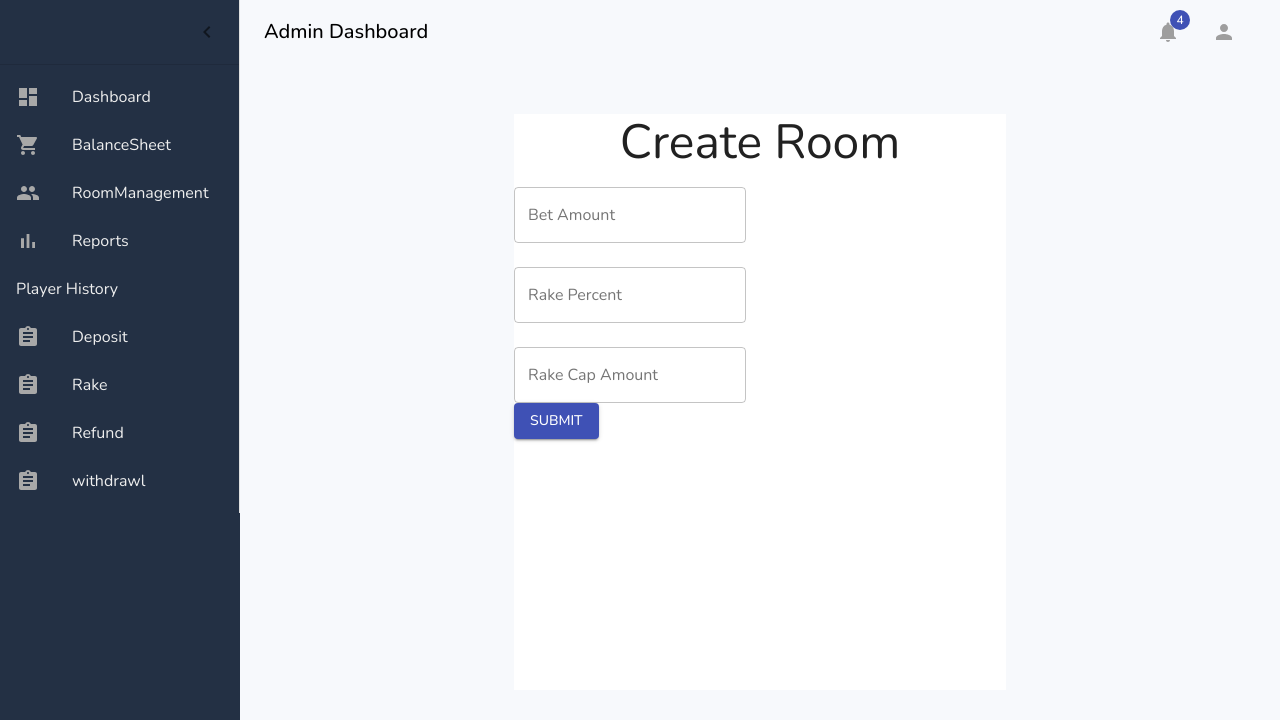
Repository: imayankbisht/ludofrontend
Page: /create
An editor plug-in stored every save of this project. The page is shown before and after the next save, followed by the edit.
The browser window is 1280 px wide. The pictures show the whole page.
The project was rebuilt for these pictures with package versions that can differ from the ones it lists, and the page was loaded fresh each time. Also part of the build but not shown: src/Components/Title.js, src/Components/Cards/Deposits.js, src/Components/Cards/Cashout.js, src/Components/Cards/Netbalance.js, src/Components/Cards/Rake.js, src/Components/Cards/Refund.js, src/Components/UserControl.js, src/Components/UserTable.js and 5 more.

Above is the page before, as saved 2021-01-20 13:06:28.

### src/App.js
import React from 'react';
import './App.css';
import {
  BrowserRouter as Router,
  Switch,
  Route,
 Redirect
} from "react-router-dom";
// import SignInOutContainer from './containers';
import Dashboard from './Components/Dashboard';
import Login from './Components/login';
// import RoomManagement from './Container/RoomManagement';
import UserManagement from './Components/UserManagement';
import UserForm from './Components/UserForm';
import EditForm from './Components/EditForm';
import BalanceSheet from './Components/balanceSheet';
import Routes from './routes';
import Main from './Container/Main';
 function App(props) {
  return (
    <div className="App">
  <Router >

   <Main/>
  </Router>


      </div>
  );
}


export default App;

### src/App.css
.App {
  /* text-align: center; */

}

.App-logo {
  height: 40vmin;
  pointer-events: none;
}

@media (prefers-reduced-motion: no-preference) {
  .App-logo {
    animation: App-logo-spin infinite 20s linear;
  }
}

.App-header {
  background-color: #282c34;
  min-height: 100vh;
  display: flex;
  flex-direction: column;
  align-items: center;
  justify-content: center;
  font-size: calc(10px + 2vmin);
  color: white;
}

.App-link {
  color: #61dafb;
}

@keyframes App-logo-spin {
  from {
    transform: rotate(0deg);
  }
  to {
    transform: rotate(360deg);
  }
}

### src/Components/Dashboard.js
import React from 'react';
import clsx from 'clsx';
import { makeStyles } from '@material-ui/core/styles';
import CssBaseline from '@material-ui/core/CssBaseline';
import Drawer from '@material-ui/core/Drawer';
import Box from '@material-ui/core/Box';
import AppBar from '@material-ui/core/AppBar';
import Toolbar from '@material-ui/core/Toolbar';
import List from '@material-ui/core/List';
import Typography from '@material-ui/core/Typography';
import Divider from '@material-ui/core/Divider';
import IconButton from '@material-ui/core/IconButton';
import Badge from '@material-ui/core/Badge';
import Container from '@material-ui/core/Container';
import Grid from '@material-ui/core/Grid';
import Paper from '@material-ui/core/Paper';
// import Link from '@material-ui/core/Link';
import MenuIcon from '@material-ui/icons/Menu';
import ChevronLeftIcon from '@material-ui/icons/ChevronLeft';
import NotificationsIcon from '@material-ui/icons/Notifications';
import Deposits from './Cards/Deposits';
import MenuItem from "@material-ui/core/MenuItem";
import MenuList from "@material-ui/core/MenuList";
import Hidden from "@material-ui/core/Hidden";
import Grow from "@material-ui/core/Grow";
import Poppers from "@material-ui/core/Popper";
import ClickAwayListener from "@material-ui/core/ClickAwayListener";
import Person from "@material-ui/icons/Person";
import classNames from "classnames";
import Button from "@material-ui/core/Button";
import {Link, Redirect} from 'react-router-dom';
import "typeface-nunito";
import  Cashout from './Cards/Cashout';
import Netbalance from './Cards/Netbalance';
import Rake from './Cards/Rake';
import Refund from './Cards/Refund';
import UserManagement from './UserManagement';
import routes from '../routes'
import { Switch, Route} from "react-router-dom";
import ListItem from '@material-ui/core/ListItem';
import ListItemIcon from '@material-ui/core/ListItemIcon';
import BalanceSheet from './balanceSheet';
import Sidebar from './Sidebar';
import Routes from '../routes';
import { ThemeProvider, createMuiTheme } from '@material-ui/core/styles';
const theme = createMuiTheme({

  typography: {
      fontFamily: [
        'Nunito',
        'serif',
      ].join(','),
  },
});

const drawerWidth = 240;

const useStyles = makeStyles((theme) => ({
  root: {
    display: 'flex',
  },
  toolbar: {
    paddingRight: 24, // keep right padding when drawer closed
  },
  toolbarIcon: {
    display: 'flex',
    alignItems: 'center',
    justifyContent: 'flex-end',
    padding: '0 8px',
    ...theme.mixins.toolbar,
  },
  appBar: {
    zIndex: theme.zIndex.drawer + 1,
    transition: theme.transitions.create(['width', 'margin'], {
      easing: theme.transitions.easing.sharp,
      duration: theme.transitions.duration.leavingScreen,
    }),
  },
  appBarShift: {
    marginLeft: drawerWidth,
    width: `calc(100% - ${drawerWidth}px)`,
    transition: theme.transitions.create(['width', 'margin'], {
      easing: theme.transitions.easing.sharp,
      duration: theme.transitions.duration.enteringScreen,
    }),
  },
  menuButton: {
    marginRight: 36,
  },
  menuButtonHidden: {
    display: 'none',
  },
  title: {
    flexGrow: 1,
  },
  drawerPaper: {
    position: 'relative',
    whiteSpace: 'nowrap',
    width: drawerWidth,
    transition: theme.transitions.create('width', {
      easing: theme.transitions.easing.sharp,
      duration: theme.transitions.duration.enteringScreen,
    }),
  },
  drawerPaperClose: {
    overflowX: 'hidden',
    transition: theme.transitions.create('width', {
      easing: theme.transitions.easing.sharp,
      duration: theme.transitions.duration.leavingScreen,
    }),
    width: theme.spacing(7),
    [theme.breakpoints.up('sm')]: {
      width: theme.spacing(9),
    },
  },
  appBarSpacer: theme.mixins.toolbar,
  content: {
    flexGrow: 1,
    height: '100vh',
    overflow: 'auto',
  },
  container: {
    paddingTop: theme.spacing(4),
    paddingBottom: theme.spacing(4),
  },
  paper: {
    padding: theme.spacing(2),
    display: 'flex',
    overflow: 'auto',
    flexDirection: 'column',
  },
  fixedHeight: {
    height: 240,
  },
}));

 function Dashboard(props) {
  const classes = useStyles();
  const [open, setOpen] = React.useState(true);
  const [openProfile, setOpenProfile] = React.useState(null);
  const handleClickProfile = event => {
    if (openProfile && openProfile.contains(event.target)) {
      setOpenProfile(null);
    } else {
      setOpenProfile(event.currentTarget);
    }
  };
  const handleCloseProfile = () => {
    setOpenProfile(null);
  };
  const handleDrawerOpen = () => {
    setOpen(true);
  };
  const handleDrawerClose = () => {
    setOpen(false);
  };
  const fixedHeightPaper = clsx(classes.paper, classes.fixedHeight);

  return (
    <ThemeProvider theme={theme}>
    <div className={classes.root}>
      <CssBaseline />
      <AppBar position="absolute" style={{ background: '#f7f9fc',color:'black',boxShadow: "none" }} className={clsx(classes.appBar, open && classes.appBarShift)}>
        <Toolbar className={classes.toolbar}>
          <IconButton
            edge="start"
            color="inherit"
            aria-label="open drawer"
            onClick={handleDrawerOpen}
            className={clsx(classes.menuButton, open && classes.menuButtonHidden)}
          >
            <MenuIcon />
          </IconButton>

          <Typography component="h1" variant="h6"  color="inherit" noWrap className={classes.title}>
          Admin Dashboard
          </Typography>

          <IconButton style={{ color: '#9e9e9e'}} color="inherit">
            <Badge badgeContent={4}  color="primary">
              <NotificationsIcon  />
            </Badge>
          </IconButton>
          <Button
          color={window.innerWidth > 959 ? "transparent" : "white"}
          justIcon={window.innerWidth > 959}
          simple={!(window.innerWidth > 959)}
          aria-owns={openProfile ? "profile-menu-list-grow" : null}
          aria-haspopup="true"
          onClick={handleClickProfile}
          className={classes.buttonLink}
        >
          <Person style={{ color: '#9e9e9e'}} className={classes.icons} />
          <Hidden mdUp implementation="css">
            <p className={classes.linkText}>Profile</p>
          </Hidden>
        </Button>
        <Poppers
          open={Boolean(openProfile)}
          anchorEl={openProfile}
          transition
          disablePortal
          className={
            classNames({ [classes.popperClose]: !openProfile }) +
            " " +
            classes.popperNav
          }
        >
          {({ TransitionProps, placement }) => (
            <Grow
              {...TransitionProps}
              id="profile-menu-list-grow"
              style={{
                transformOrigin:
                  placement === "bottom" ? "center top" : "center bottom"
              }}
            >
              <Paper>
                <ClickAwayListener onClickAway={handleCloseProfile}>
                  <MenuList role="menu">
                    <MenuItem
                      onClick={handleCloseProfile}
                      className={classes.dropdownItem}
                    >
                      Profile
                    </MenuItem>
                    <MenuItem
                      onClick={handleCloseProfile}
                      className={classes.dropdownItem}
                    >
                      Settings
                    </MenuItem>
                    <Divider light />
                    <Link style={{color:'black', textDecoration:'none'}} to="login">
                    <MenuItem
                      onClick={handleCloseProfile}
                      className={classes.dropdownItem}
                    >
                      Logout
                    </MenuItem>
                    </Link>
                  </MenuList>
                </ClickAwayListener>
              </Paper>
            </Grow>
          )}
        </Poppers>
        </Toolbar>
      </AppBar>
     <Box bgcolor="#233044">
     <Drawer
        variant="permanent"
        classes={{
          paper: clsx(classes.drawerPaper, !open && classes.drawerPaperClose),
        }}
        open={open}
      >
        <Box bgcolor="#233044">
        <div className={classes.toolbarIcon}>
          <IconButton onClick={handleDrawerClose}>
            <ChevronLeftIcon />
          </IconButton>
        </div>
        <Divider />
        <List><Sidebar /></List>
        </Box>
      </Drawer>
     </Box>
      <main style={{ background: '#f7f9fc'}} className={classes.content}>
        <div className={classes.appBarSpacer} />
        <Container maxWidth="lg" className={classes.container}>
          <Grid container spacing={3}>


              <Routes/>

          </Grid>


        </Container>
      </main>
    </div>
    </ThemeProvider>
  );
}
export default Dashboard;

### src/Components/UserForm.js
import React ,{useState , useEffect} from 'react';
import {apiCall} from '../services/apiCall';
import {Container, Typography ,Grid ,TextField , makeStyles ,Button} from '@material-ui/core';
import "typeface-nunito";
import { ThemeProvider, createMuiTheme } from '@material-ui/core/styles';
const theme = createMuiTheme({

  typography: {
      fontFamily: [
        'Nunito',
        'serif',
      ].join(','),
  },

});

const useStyles = makeStyles((theme)=>({
  paper: {
    marginTop: theme.spacing(8),
    display: 'flex',
    flexDirection: 'column',
    alignItems: 'center',
  },
  avatar: {
    margin: theme.spacing(1),
    backgroundColor: theme.palette.secondary.main,
  },
  form: {
    width: '100%', // Fix IE 11 issue.
    marginTop: theme.spacing(1),
  },
  submit: {
    margin: theme.spacing(3, 0, 2),
  },
  body: {
    backgroundColor: "#F7F9FC"
  },


}))


export default function UserForm(props){
    const {heading} = props;
    const [betAmount , setBetamount]=useState("");
    const [rakePercent , setRakepercent]=useState("");
    const [rakeCapAmount , setRakeCapAmount]=useState("");
    const classes = useStyles();

    const handleSubmit = (e) =>{
       e.preventDefault();
       const data ={
         bet:betAmount,
         rakePercent:rakePercent,
         rakeCap:rakeCapAmount
       }
       apiCall('post','https://ylrwt.sse.codesandbox.io/room/createroom',data);
       setRakeCapAmount("");
       setBetamount("");
       setRakepercent("");
    }
    return(
      <ThemeProvider theme={theme}>
            <Container  maxWidth="sm" className={classes.root}>
            <Typography component="div" style={{ backgroundColor: '#FFFFFF', height: '80vh' ,margin:'30px' }}>
            <Typography align="center" variant="h3" component="h2" gutterBottom>
                {heading}
            </Typography>
            <form onSubmit={handleSubmit} className={classes.form} >
                <Grid container spacing={3}>
                   <Grid item sm={4} md={12}>
                     <TextField

                        label="Bet Amount"
                        name="betAmount"
                        variant="outlined"
                        value={betAmount}
                        onChange={(e)=>{setBetamount(e.target.value)}}
                      />
                        </Grid>
                        <Grid item sm={4} md={12}>
                      <TextField
                        label="Rake Percent"
                        name="rakePercent"
                        variant="outlined"
                        value={rakePercent}
                        onChange={(e)=>{setRakepercent(e.target.value)}}
                      />
                        </Grid>
                        <Grid item sm={4} md={12}>
                      <TextField
                        label="Rake Cap Amount"
                        name="rakeCapAmount"
                        variant="outlined"
                        value={rakeCapAmount}
                        onChange={(e)=>{setRakeCapAmount(e.target.value)}}
                      />
                   </Grid>
                </Grid>
                <Button type="submit" variant="contained" color="primary">
                   Submit
                </Button>
            </form>
            </Typography>
            </Container>
            </ThemeProvider>
    )
}

### src/routes.js
import React from 'react';
import {
  BrowserRouter as Router,
  Switch,
  Route,
  Redirect
} from "react-router-dom";
// import SignInOutContainer from './containers';
import Dashboard from './Components/Dashboard';
import Login from './Components/login';
// import RoomManagement from './Container/RoomManagement';
import UserManagement from './Components/UserManagement';
import UserForm from './Components/UserForm';
import EditForm from './Components/EditForm';
import BalanceSheet from './Components/balanceSheet';
import Main from './Container/Main';
function Routes() {
  return (

    <Router >


      <Route>
      {/* <Route path="/login" render={props => <Login {...props} />} /> */}

        <Route path="/BalanceSheet" render={props => <BalanceSheet {...props} />} />

        <Route path="/roomManagement" render={props => <UserManagement {...props} />} />
        <Route path="/create" render={props => (
          <UserForm heading="Create Room" {...props} />
        )} />
        <Route exact path="/api/edit/:id" render={props => {
          return (
            <EditForm {...props} />
          )
        }} />


      </Route>


    </Router>

  );
}


export default Routes;

### src/Container/Main.js
import UserManagement from '../Components/UserManagement';
import {Switch ,Route,Redirect} from 'react-router-dom';
import UserForm from '../Components/UserForm';
import EditForm from '../Components/EditForm';
import React from 'react';
import Dashboard from '../Components/Dashboard';
import Sidebar from '../Components/Sidebar';
import Login from '../Components/login';
import Routes from '../routes';
export default function Main(props){
    return(
        <div>
            {/* <Switch>
                <Route exact path="/userman" render={props =><UserManagement {...props} />} />
                <Route exact path="/create" render={props =>(
                    <UserForm heading="Create Room" />
                )}/>
                <Route exact path="/api/edit/:id" render={props =>{
                    return(
                        <EditForm {...props}/>
                    )
                }}/>
            </Switch> */}
           {/* <Switch>

            <Route path="/login" component={Login} />
         <Route path="/Dashboard" component={Dashboard} />

            <Redirect from="/" to="/login" />
           </Switch> */}

          <Dashboard/>

        </div>
    )
}

### src/Components/Sidebar.js
import React,{useState} from 'react';
import ListItem from '@material-ui/core/ListItem';
import {SidebarItems} from './SidebarItems';
import {Link} from 'react-router-dom';
import { ListItemText } from '@material-ui/core';
import ListItemIcon from '@material-ui/core/ListItemIcon';

export default function Sidebar(defaultActive) {
    const [activeIndex, setActiveIndex] = useState(defaultActive || 1);
    return (
        <>

                {

                    SidebarItems.map((item,index)=> {
                        const {name,icon,route}=item;

                        return (
                            <Link style={{ textDecoration: 'none'}} to={route}>
                            <ListItem style={{ color: '#eeeeee'}} key={name} active={index === activeIndex} >
                                {icon && <ListItemIcon style={{ color: '#a8a8a8'}}>{icon}</ListItemIcon>}
                               <ListItemText primary={name} />
                            </ListItem>
                            </Link>
                        );
                    })
                }

        </>
    );
}

### src/services/apiCall.js
import axios from 'axios';

export function apiCall(method ,path , data){
    return new Promise((resolve ,reject)=>{
        return axios[method](path , data)
        .then(res => {
            return resolve(res.data);
        })
        .catch(err =>{
            return reject(err.response.data.error);
        });
    });
}

### src/Components/SidebarItems.js
import React from 'react';
import ListItem from '@material-ui/core/ListItem';
import ListItemIcon from '@material-ui/core/ListItemIcon';
import ListItemText from '@material-ui/core/ListItemText';
import ListSubheader from '@material-ui/core/ListSubheader';
import DashboardIcon from '@material-ui/icons/Dashboard';
import ShoppingCartIcon from '@material-ui/icons/ShoppingCart';
import PeopleIcon from '@material-ui/icons/People';
import BarChartIcon from '@material-ui/icons/BarChart';
import LayersIcon from '@material-ui/icons/Layers';
import AssignmentIcon from '@material-ui/icons/Assignment';
import Box from '@material-ui/core/Box';
import Divider from '@material-ui/core/Divider';
import "typeface-nunito";
import { ThemeProvider, createMuiTheme } from '@material-ui/core/styles';
import { Button } from '@material-ui/core';
import { Link } from 'react-router-dom';
const theme = createMuiTheme({

  typography: {
    fontFamily: [
      'Nunito',
      'serif',
    ].join(','),
  },
});
export const SidebarItems = [

  // <ThemeProvider theme={theme}>
  // <div>

  //  <ListItem button>
  //     <ListItemIcon>
  //       <DashboardIcon  style={{ color: '#a8a8a8'}}/>
  //     </ListItemIcon>
  //     <ListItemText style={{ color: '#eeeeee'}}  primary="Dashboard" />
  //   </ListItem>
  //   <ListItem button>
  //     <ListItemIcon>
  //       <ShoppingCartIcon style={{ color: '#a8a8a8'}}/>
  //     </ListItemIcon>
  //     <ListItemText style={{ color: '#eeeeee'}} primary="BalanceSheet" />
  //   </ListItem>
  //   <ListItem button>
  //     <ListItemIcon>
  //       <PeopleIcon style={{ color: '#a8a8a8'}} />
  //     </ListItemIcon>
  //     <Link style={{ textDecoration:'none'}}to="/UserManagement">

  //     <ListItemText style={{ color: '#eeeeee'}} primary="RoomManagement" />
  //     </Link>
  //   </ListItem>
  //   <ListItem button>
  //     <ListItemIcon>
  //       <BarChartIcon style={{ color: '#a8a8a8'}} />
  //     </ListItemIcon>
  //     <ListItemText style={{ color: '#eeeeee'}} primary="Reports" />
  //   </ListItem>
  //   <Divider />
  //   <ListSubheader style={{ color: '#eeeeee'}} inset>Player history</ListSubheader>
  //   <ListItem button>
  //     <ListItemIcon>
  //       <AssignmentIcon style={{ color: '#a8a8a8'}} />
  //     </ListItemIcon>
  //     <ListItemText style={{ color: '#eeeeee'}} primary="Deposit" />
  //   </ListItem>
  //   <ListItem button>
  //     <ListItemIcon>
  //       <AssignmentIcon style={{ color: '#a8a8a8'}} />
  //     </ListItemIcon>
  //     <ListItemText style={{ color: '#eeeeee'}} primary="Rake" />
  //   </ListItem>
  //   <ListItem button>
  //     <ListItemIcon>
  //       <AssignmentIcon style={{ color: '#a8a8a8'}} />
  //     </ListItemIcon>
  //     <ListItemText style={{ color: '#eeeeee'}} primary="Refund" />
  //   </ListItem>
  //   <ListItem button>
  //     <ListItemIcon>
  //       <AssignmentIcon style={{ color: '#a8a8a8'}} />
  //     </ListItemIcon>
  //     <ListItemText style={{ color: '#eeeeee'}} primary="Withdrawl" />
  //   </ListItem>


  // </div>
  // </ThemeProvider>
  {
    route:'/Dashboard',
    name: "Dashboard",
    icon:<DashboardIcon/>
  },
  {
    route:'/BalanceSheet',
    name: "BalanceSheet",
    icon:<ShoppingCartIcon/>
  },
  {
    route:'/roomManagement',
    name: "RoomManagement",
    icon:<PeopleIcon/>
  },
  {

    name: "Reports",
    icon:<BarChartIcon/>
  },
  {
    name: "Player History"
  },
  {
    name: "Deposit",
    icon:<AssignmentIcon/>
  },
  {
    name: "Rake",
    icon:<AssignmentIcon/>
  },
  {
    name: "Refund",
    icon:<AssignmentIcon/>
  },
  {
    name: "withdrawl",
    icon:<AssignmentIcon/>
  },

];

Loaded but not shown: public/index.html (common file); src/index.js (common file); src/index.css (common file); src/serviceWorker.js (common file)

After the next save:
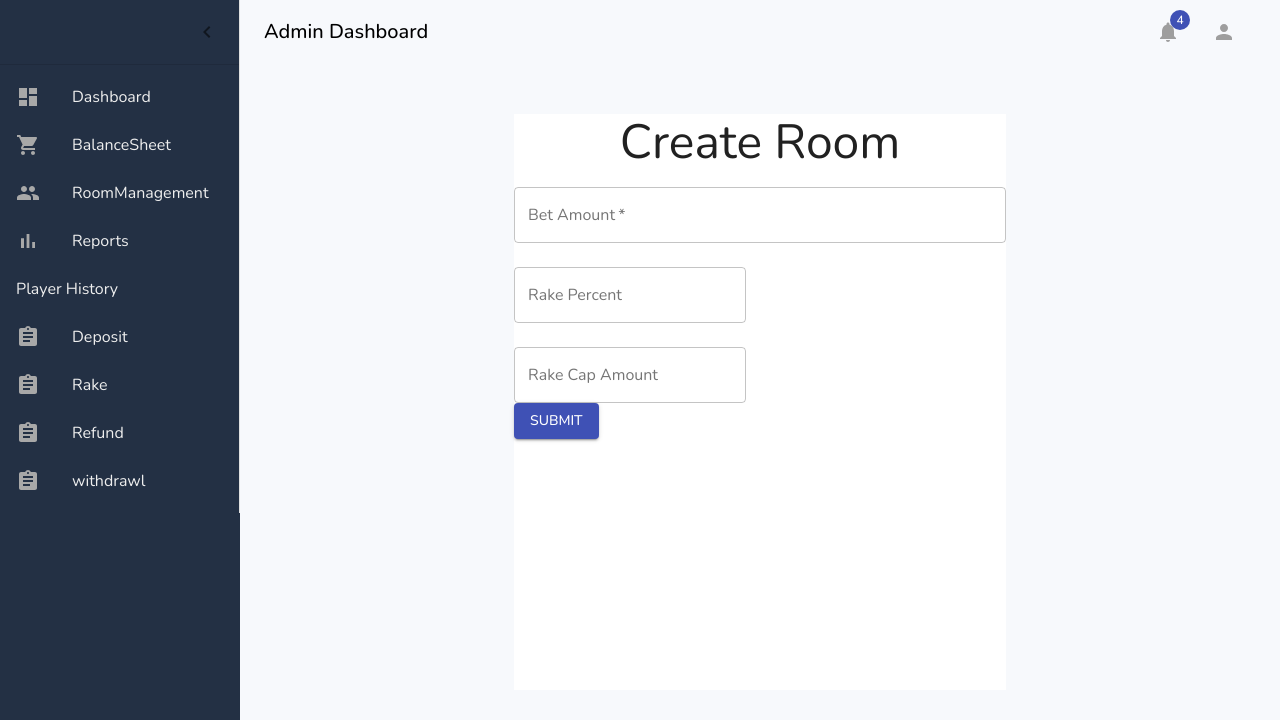
Saved 49 s later.
--- a/src/Components/UserForm.js
+++ b/src/Components/UserForm.js
@@ -74,6 +74,8 @@
                         label="Bet Amount"
                         name="betAmount"
                         variant="outlined"
+                        required
+            fullWidth
                         value={betAmount}
                         onChange={(e)=>{setBetamount(e.target.value)}}
                       />

After the save that followed:
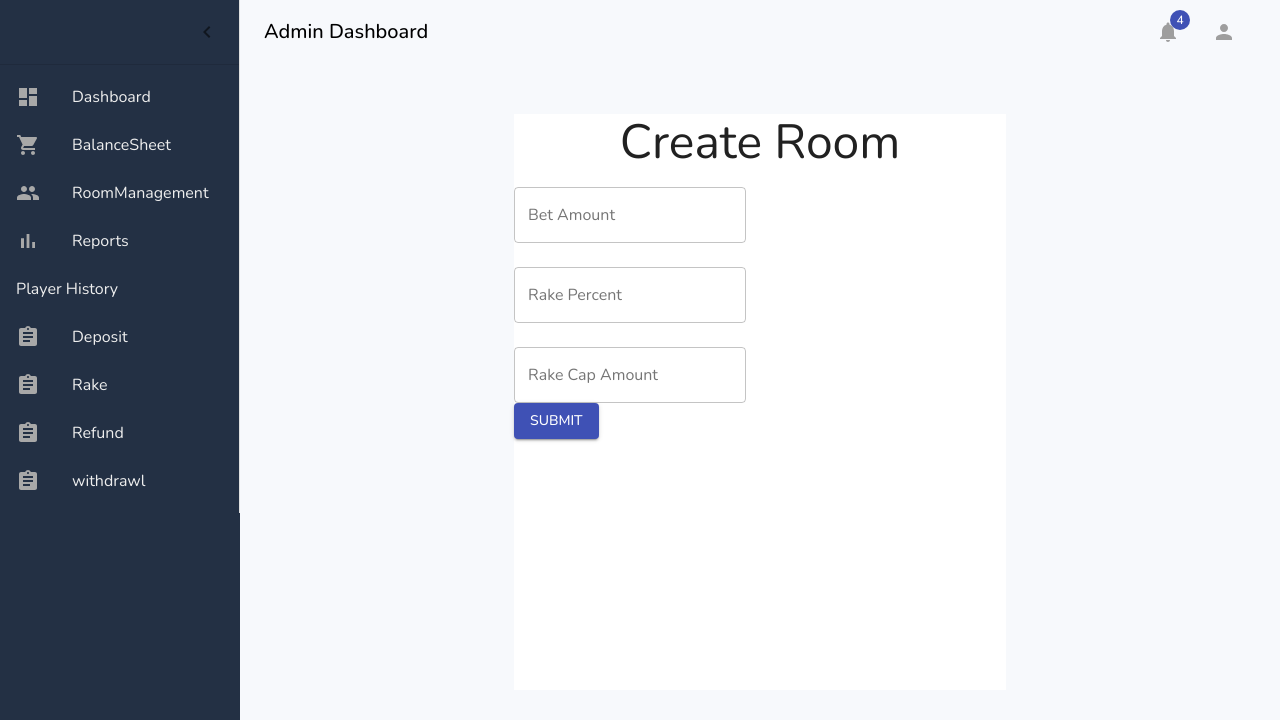
Saved 13 s later.
--- a/src/Components/UserForm.js
+++ b/src/Components/UserForm.js
@@ -74,8 +74,7 @@
                         label="Bet Amount"
                         name="betAmount"
                         variant="outlined"
-                        required
-            fullWidth
+
                         value={betAmount}
                         onChange={(e)=>{setBetamount(e.target.value)}}
                       />
